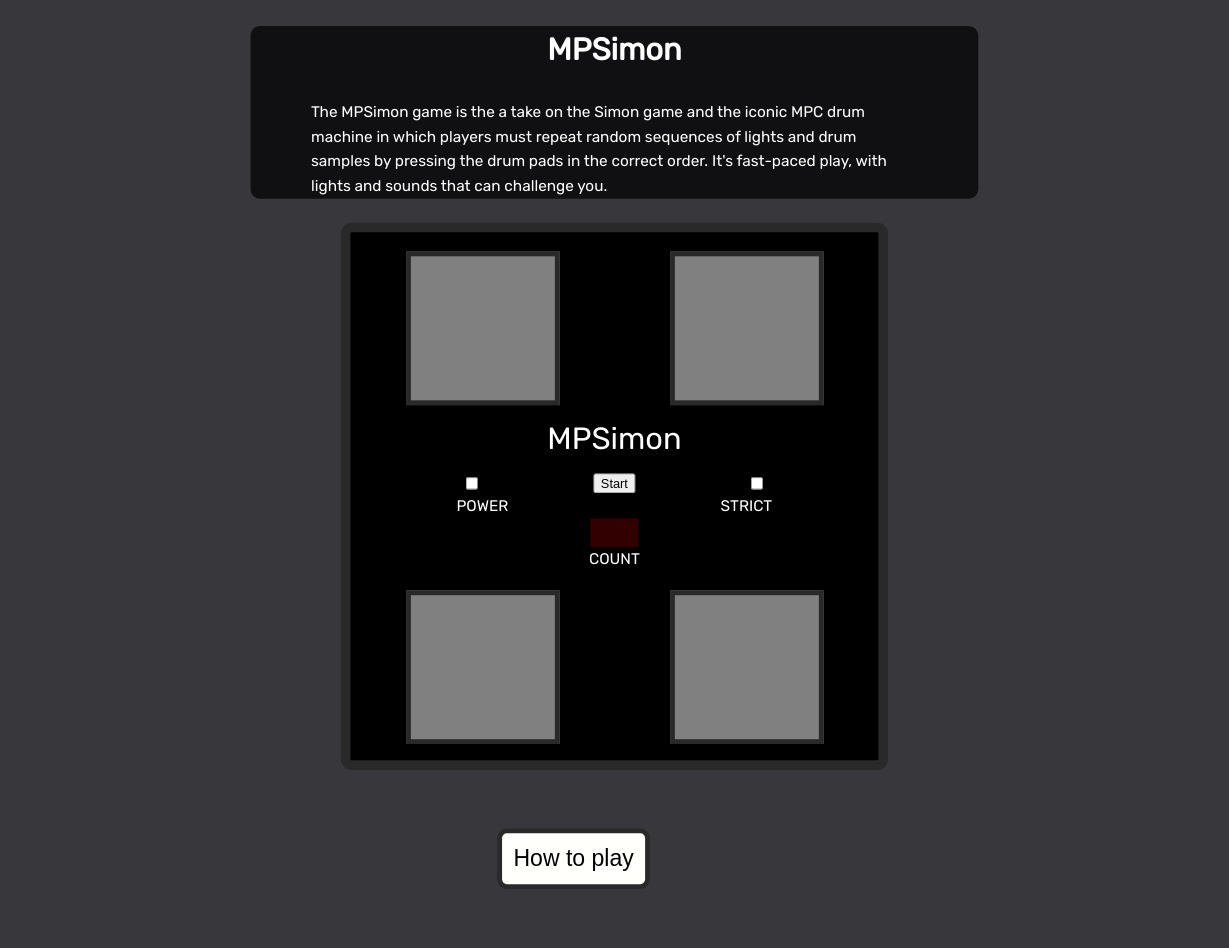
Repository: Neilfoster/MPSimon
Page: index.html
The author's editor kept a record of every edit. The page is drawn from the files as they stood at one moment, then again after the next edit.
The browser window is 1280 px wide. The pictures show the whole page, at 96% of full size.

Above is the page before.

After the next edit:
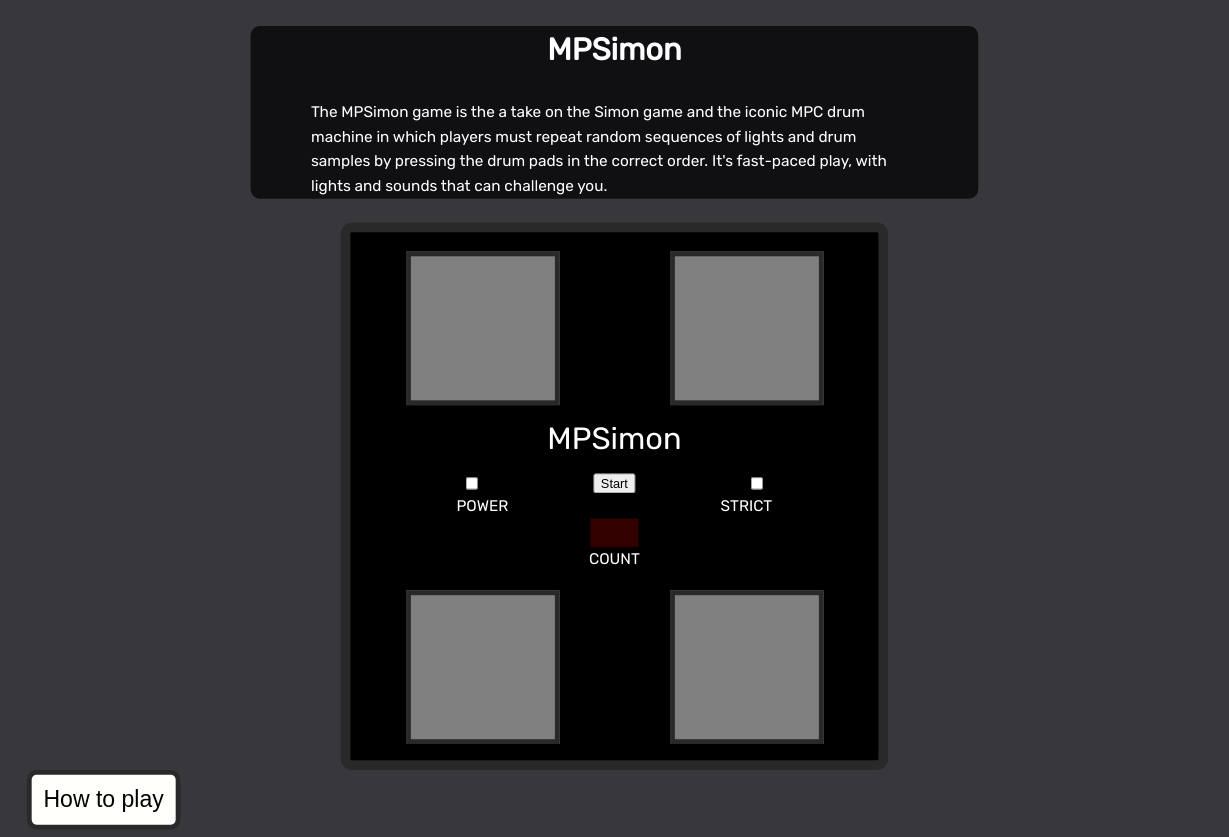
The edit:
--- a/css/style.css
+++ b/css/style.css
@@ -112,7 +112,7 @@
 /*Button*/
 .button {
   background-color:#fffffc;
-  margin: 5% 40%;
+ /* margin: 5% 40%;*/
   font-size: 1.5rem;
   padding:1%;
   color: #000;
